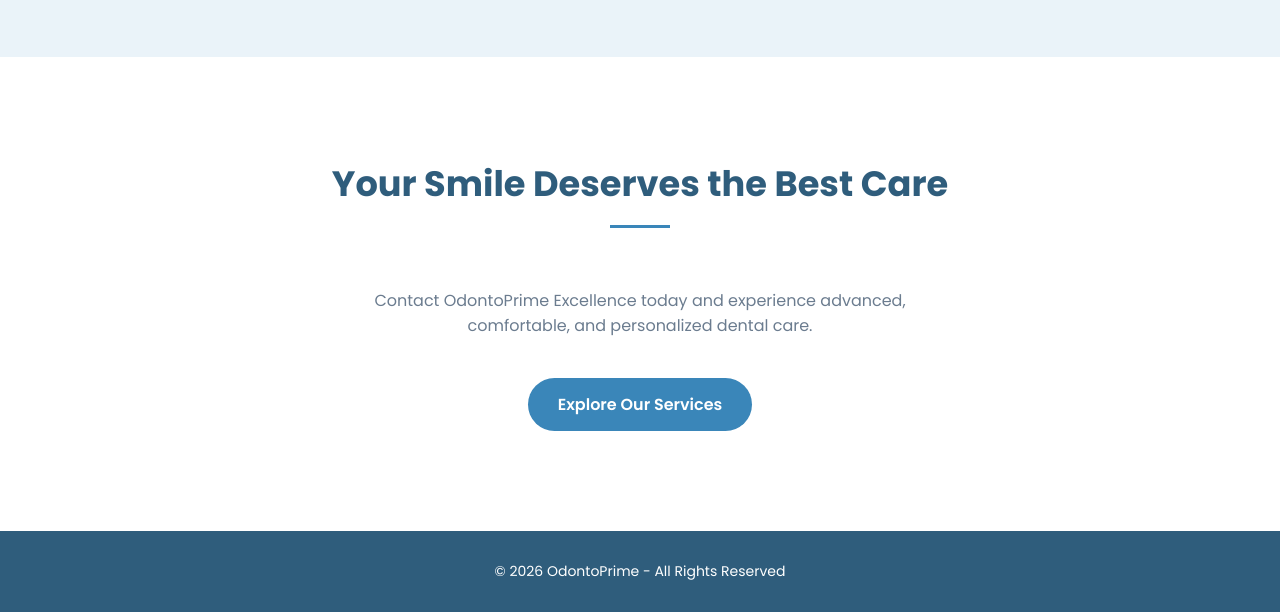
Repository: davidfsillva/OdontoPrime
Page: contact.html
These files come from the project's save history. The page is drawn as it stood at one moment and after the next save; the edit follows.
The browser window is 1280 px wide. The pictures show the part of the page from y = 2116 to 2778 px (the page is 2728 px tall before and 2778 px after).

Above is the page before, as saved 2026-02-16 21:36:01.

### contact.html
<!DOCTYPE html>
<html lang="en">
<head>
<meta charset="UTF-8">
<meta name="viewport" content="width=device-width, initial-scale=1.0">
<title>Contact - OdontoPrime Excellence</title>

<link rel="stylesheet" href="style.css">
<link href="https://fonts.googleapis.com/css2?family=Poppins:wght@300;400;600;700&display=swap" rel="stylesheet">
</head>

<body>

<!-- HEADER -->
<header>
    <div class="container nav-container">
        <div class="logo">OdontoPrime</div>

        <nav id="nav">
            <a href="index.html">Home</a>
            <a href="about.html">About</a>
            <a href="services.html">Services</a>
            <a href="contact.html" class="active">Contact</a>
        </nav>

        <div class="menu-toggle" onclick="toggleMenu()">☰</div>
    </div>
</header>

<!-- HERO CONTACT -->
<section class="hero hero-contact">
    <div class="container hero-content">
        <div class="hero-text">
            <h1>Get in Touch</h1>
            <p>
                Schedule your consultation or contact us for more information.
                Our team is ready to assist you.
            </p>
        </div>
    </div>
</section>

<!-- CONTACT SECTION -->
<section class="about-preview">
    <div class="container contact-grid">

        <!-- CONTACT INFO -->
        <div class="about-text">
            <h2>Contact Information</h2>

            <p><strong>Address:</strong><br>
            123 Smile Avenue, Downtown<br>
            New York, NY 10001</p>

            <p><strong>Phone:</strong><br>
            +1 (555) 123-4567</p>

            <p><strong>Email:</strong><br>
            contact@odontoprime.com</p>

            <p><strong>Working Hours:</strong><br>
            Monday - Friday: 9:00 AM - 6:00 PM<br>
            Saturday: 9:00 AM - 1:00 PM<br>
            Sunday: Closed</p>

        </div>

        <!-- CONTACT FORM -->
        <div class="card contact-form" style="text-align:left;">

            <h3 style="margin-bottom:20px;">Book an Appointment</h3>

            <form>
                <div style="margin-bottom:15px;">
                    <input type="text" placeholder="Full Name" required
                    style="width:100%; padding:12px; border-radius:8px; border:1px solid #ccc;">
                </div>

                <div style="margin-bottom:15px;">
                    <input type="email" placeholder="Email Address" required
                    style="width:100%; padding:12px; border-radius:8px; border:1px solid #ccc;">
                </div>

                <div style="margin-bottom:15px;">
                    <input type="tel" placeholder="Phone Number"
                    style="width:100%; padding:12px; border-radius:8px; border:1px solid #ccc;">
                </div>

                <div style="margin-bottom:15px;">
                    <select required
                    style="width:100%; padding:12px; border-radius:8px; border:1px solid #ccc;">
                        <option value="">Select Service</option>
                        <option>Implant Dentistry</option>
                        <option>Orthodontics</option>
                        <option>Teeth Whitening</option>
                        <option>Endodontics</option>
                        <option>Pediatric Dentistry</option>
                        <option>Oral Surgery</option>
                    </select>
                </div>

                <div style="margin-bottom:20px;">
                    <textarea placeholder="Message"
                    rows="4"
                    style="width:100%; padding:12px; border-radius:8px; border:1px solid #ccc;"></textarea>
                </div>

                <button type="submit" class="btn-view" style="width:100%;">
                    Send Message
                </button>

            </form>
        </div>

    </div>
</section>

<!-- MAP SECTION -->
<section class="departments">
    <div class="container">
        <h2>Find Us</h2>

        <div style="margin-top:40px;">
            <iframe
                src="https://www.google.com/maps/embed?pb=!1m18!1m12!1m3!1d3021.9475964230247!2d-73.9893086845931!3d40.74881727932778!2m3!1f0!2f0!3f0!3m2!1i1024!2i768!4f13.1!3m3!1m2!1s0x89c259af18a6d5d3%3A0x2e0e1e0b6a9b0b3b!2sNew%20York%2C%20NY!5e0!3m2!1sen!2sus!4v1616621234567!5m2!1sen!2sus"
                width="100%"
                height="350"
                style="border:0; border-radius:20px;"
                allowfullscreen=""
                loading="lazy">
            </iframe>
        </div>

    </div>
</section>

<!-- FINAL CTA -->
<section class="why-us">
    <div class="container" style="text-align:center;">
        <h2>Your Smile Deserves the Best Care</h2>

        <p style="max-width:600px; margin:20px auto; color:var(--text-medium);">
            Contact OdontoPrime Excellence today and experience advanced,
            comfortable, and personalized dental care.
        </p>

        <a href="services.html" class="btn-view">Explore Our Services</a>
    </div>
</section>

<!-- FOOTER -->
<footer>
    <p>© 2026 OdontoPrime - All Rights Reserved</p>
</footer>

<script>
function toggleMenu(){
    document.getElementById("nav").classList.toggle("active");
}
</script>

</body>
</html>

### style.css
:root{

    --primary-blue: #2F5D7C;
    --secondary-blue: #4F7FA3;
    --accent-blue: #3A86B9;

    --bg-light: #EAF3F9;
    --white: #FFFFFF;
    --off-white: #E6EEF5;

    --text-dark: #2E3A46;
    --text-medium: #6B7C8F;

    --hero-gradient-start: rgba(47, 93, 124, 0.95);
    --hero-gradient-end: rgba(79, 127, 163, 0.85);

    --shadow-soft: 0 5px 20px rgba(47, 93, 124, 0.08);
}

*{
    margin:0;
    padding:0;
    box-sizing:border-box;
    font-family:'Poppins', sans-serif;
}

body{
    background:var(--bg-light);
    color:var(--text-dark);
}

.container{
    width:90%;
    max-width:1200px;
    margin:auto;
}

/* HEADER */

nav{
    display:flex;
    align-items:center;
}

header{
    position:absolute;
    width:100%;
    padding:25px 0;
    z-index:1000;
    background:transparent;
}

.nav-container{
    display:flex;
    justify-content:space-between;
    align-items:center;
}

.logo{
    font-weight:700;
    font-size:1.9rem;
    color:var(--white);
    text-shadow: 0 3px 8px rgba(0, 0, 0, 0.5);
}

nav a{
    margin-left:25px;
    text-decoration:none;
    color:var(--white);
    font-weight:500;
    transition:0.3s;
}

nav a:hover{
    color:var(--accent-blue);
}

.menu-toggle{
    display:none;
    font-size:24px;
    cursor:pointer;
    color:var(--white);
}

nav a.active{
    color: var(--accent-blue);
    font-weight: 600;
    position: relative;
}

/* HERO */

.hero{
    min-height:100vh;
    display:flex;
    align-items:center;
    background:
    linear-gradient(to right,
    rgba(79, 127, 163, 0.438),
    rgba(58, 134, 185, 0.048)),
    url('img/hero.webp') center/cover no-repeat;
    color:var(--white);
    padding:0 0;
    position:relative;
}

.hero-content{
    width:100%;
}

.hero-text{
    max-width:600px;
}

.hero h1{
    font-size:2.8rem;
    margin-bottom:20px;
    font-weight:700;
    line-height:1.2;
    text-shadow: 0 3px 8px rgba(0, 0, 0, 0.5);
}

.hero p{
    margin-bottom:25px;
    max-width:500px;
    font-size:16px;
    line-height:1.6;
    color:var(--white);
    text-shadow: 0 3px 8px rgba(0, 0, 0, 0.5);
}

.hero-about{
    background: var(--primary-blue);
    min-height: 60vh;
}


/* HERO STATS */

.hero-stats{
    position:absolute;
    bottom:0px;
    left:60%;
    transform:translateX(-50%);
    width:90%;
    max-width:1100px;
    display:grid;
    grid-template-columns:repeat(auto-fit, minmax(180px,1fr));
    gap:20px;
    padding:25px 40px;
    background:rgba(255,255,255,0.15);
    backdrop-filter:blur(15px);
    -webkit-backdrop-filter:blur(15px);
    border-radius:20px 0px 0px 0px;
    border:1px solid rgba(255,255,255,0.2);
}

.stat-item{
    text-align:center;
    color:var(--white);
}

.stat-item h2{
    font-size:2rem;
    font-weight:700;
}

.stat-item p{
    font-size:0.9rem;
    opacity:0.9;
}

/* BUTTONS */

.btn{
    padding:14px 30px;
    background:var(--white);
    border:none;
    color:var(--primary-blue);
    font-weight:600;
    border-radius:30px;
    cursor:pointer;
    transition:0.3s;
}

.btn:hover{
    background:var(--accent-blue);
    color:var(--white);
    transform:translateY(-3px);
}

.btn-view {
    padding:14px 30px;
    background:var(--accent-blue);
    border:none;
    color:var(--white);
    font-weight:600;
    border-radius:30px;
    cursor:pointer;
    transition:0.3s;
    text-decoration: none;
    text-align: center;
    display: block;
    width: fit-content;
    margin:40px auto 0;
}

.btn-view:hover {
    transform: translateY(-5px);
    box-shadow: 0 15px 30px rgba(0,0,0,0.2);
}

/* ABOUT */
.about-image{
    position:relative;
    overflow:hidden;
}


.about-preview{
    padding:100px 0;
}

.about-grid{
    display:grid;
    grid-template-columns:1fr 1fr;
    gap:60px;
    align-items:center;
}

.about-text h2{
    font-size:2.2rem;
    color:var(--primary-blue);
    margin-bottom:20px;
    position:relative;
}

.about-text h2::after{
    content:"";
    width:60px;
    height:3px;
    background:var(--accent-blue);
    display:block;
    margin-top:10px;
}

.about-text p{
    font-size:16px;
    line-height:1.8;
    color:var(--text-medium);
}

.about-grid img:not(.lead-dentist){
    width:100%;
    border-radius:20px;
}

.lead-dentist {
    border-radius: 30px; /* cantos arredondados */
    width: 60%;
    height: auto;
    margin: 0 auto;
    box-shadow: 0 8px 20px rgba(0,0,0,0.2); /* opcional: sombra suave */
    display: flex;
    justify-content: center; /* centraliza horizontalmente */
    align-items: center;     /* centraliza verticalmente se tiver altura */
}

/* DEPARTMENTS */

.departments{
    padding:100px 0;
}

.departments h2{
    text-align:center;
    font-size:2.2rem;
    color:var(--primary-blue);
    margin-bottom:60px;
    position:relative;
}

.departments h2::after{
    content:"";
    width:60px;
    height:3px;
    background:var(--accent-blue);
    display:block;
    margin:15px auto 0;
}

.dept-grid{
    display:grid;
    grid-template-columns: repeat(auto-fit, minmax(280px, 1fr));
    gap:30px;
}


.card {
    background:var(--white);
    padding:35px 25px;
    text-align:center;
    border-radius:18px;
    box-shadow:0 8px 25px rgba(47,93,124,0.08);
    transition:0.3s ease;


    border-radius: 0 0 0 32px;
    border:1px solid #3A86B9;

}

.why-card{
    border: none;
}


.card:hover{
    transform:translateY(-6px);
    box-shadow:0 15px 35px rgba(47,93,124,0.15);
}

.card img{
    width:60px;
    margin-bottom:15px;
}

.card h3{
    font-size:18px;
    margin-bottom:12px;
    color:var(--primary-blue);
}

.card p{
    font-size:14px;
    line-height:1.6;
    color:var(--text-medium);
}

/* WHY SECTION FULL IMAGE CARDS */

.why-card {
    position: relative;
    overflow: hidden;
    padding: 0;
    height: 350px;
    border-radius: 20px;
}

.why-card img {
    width: 100%;
    height: 100%;
    object-fit: cover;
    display: block;
}

.why-card .card-content {
    position: absolute;
    bottom: 0;
    width: 100%;
    padding: 25px;
    background: linear-gradient(
        to top,
        rgba(0,0,0,0.75),
        rgba(0,0,0,0.2)
    );
    color: var(--white);
}

.why-card h3 {
    margin-bottom: 8px;
    color: var(--white);
}

.why-card p {
    color: rgba(255,255,255,0.9);
    font-size: 14px;
}


/* WHY US */

.why-us{
    padding:100px 0;
    background:var(--white);
}

.why-us h2{
    text-align:center;
    font-size:2.2rem;
    margin-bottom:60px;
    color:var(--primary-blue);
    position:relative;
}

.why-us h2::after{
    content:"";
    width:60px;
    height:3px;
    background:var(--accent-blue);
    display:block;
    margin:15px auto 0;
}

.contact-grid{
    display:grid;
    grid-template-columns:1fr 1fr;
    gap:60px;
    align-items:start;
}


/* FOOTER */

footer{
    background:var(--primary-blue);
    color:var(--white);
    text-align:center;
    padding:30px;
    font-size:14px;
}

/* RESPONSIVE */

/* =========================
   RESPONSIVE
========================= */
@media (max-width: 768px) {

    /* NAVIGATION */
    nav {
        position: absolute;
        top: 80px;
        right: 0;
        background: var(--white);
        flex-direction: column;
        width: 200px;
        display: none;
        box-shadow: var(--shadow-soft);
    }

    nav a {
        padding: 15px;
        margin: 0;
        border-bottom: 1px solid var(--off-white);
        color: var(--text-dark);
    }

    nav.active {
        display: flex;
    }

    .menu-toggle {
        display: block;
    }

        /* HERO INTERNO (about, services, contact) */
    .hero-about,
    .hero-services,
    .hero-contact {
        min-height: 45vh;
        display: flex;
        align-items: center;
        justify-content: center;
        text-align: center;
        padding: 100px 20px 40px;
    }

    .hero-about h1,
    .hero-services h1,
    .hero-contact h1 {
        font-size: 1.6rem;
    }

    .hero-about p,
    .hero-services p,
    .hero-contact p {
        font-size: 0.95rem;
        max-width: 100%;
        margin: 0 auto;
    }

    /* ABOUT GRID */
    .about-grid {
        grid-template-columns: 1fr;
        gap: 30px;
        text-align: center;
    }

    .about-text h2 {
        font-size: 1.6rem;
    }

    /* DEPARTMENTS / SERVICES GRID */
    .dept-grid {
        grid-template-columns: 1fr;
        gap: 20px;
    }

    .card {
        padding: 25px 20px;
    }

    /* WHY SECTION */
    .why-us {
        padding: 70px 0;
    }

    .why-card {
        height: 280px;
    }

    /* CONTACT PAGE (caso tenha form grid) */
    .contact-grid {
        grid-template-columns: 1fr;
        gap: 30px;
    }

    .contact-form input,
    .contact-form textarea {
        width: 100%;
    }



    .hero h1 {
        font-size: 1.8rem;
    }

    .hero p {
        max-width: 100%;
    }



}

After the next save:
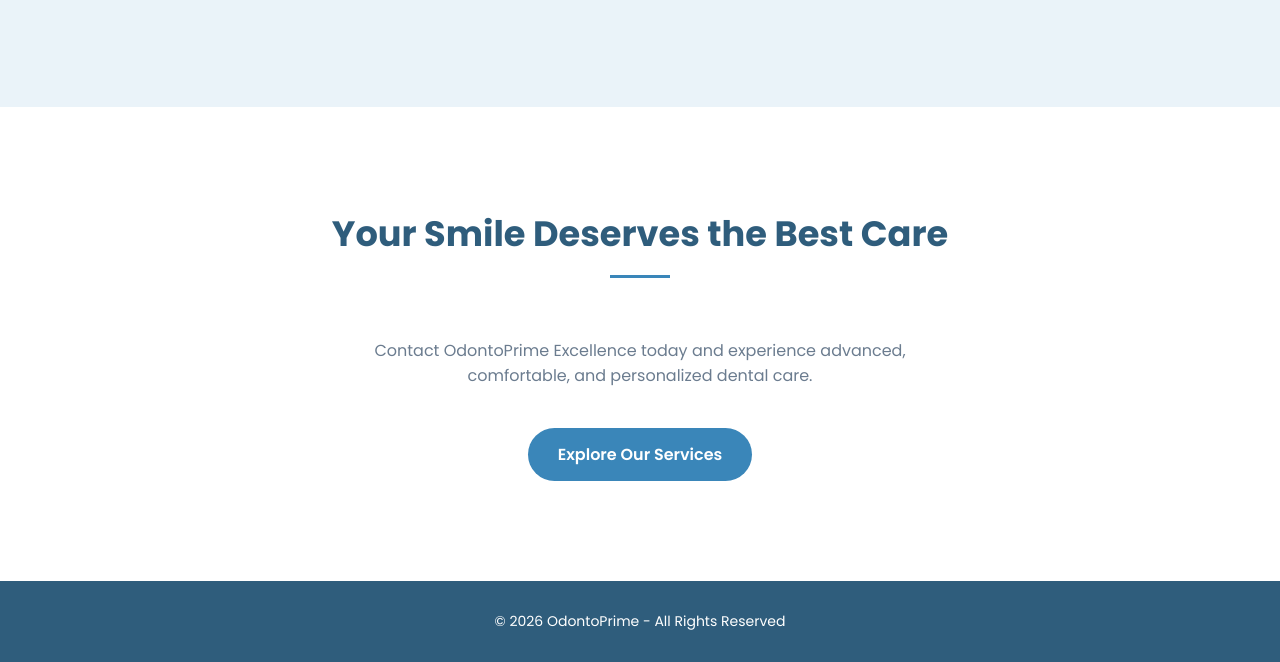
Saved 10 s later.
--- a/contact.html
+++ b/contact.html
@@ -124,7 +124,7 @@
             <iframe
                 src="https://www.google.com/maps/embed?pb=!1m18!1m12!1m3!1d3021.9475964230247!2d-73.9893086845931!3d40.74881727932778!2m3!1f0!2f0!3f0!3m2!1i1024!2i768!4f13.1!3m3!1m2!1s0x89c259af18a6d5d3%3A0x2e0e1e0b6a9b0b3b!2sNew%20York%2C%20NY!5e0!3m2!1sen!2sus!4v1616621234567!5m2!1sen!2sus"
                 width="100%"
-                height="350"
+                height="400"
                 style="border:0; border-radius:20px;"
                 allowfullscreen=""
                 loading="lazy">
